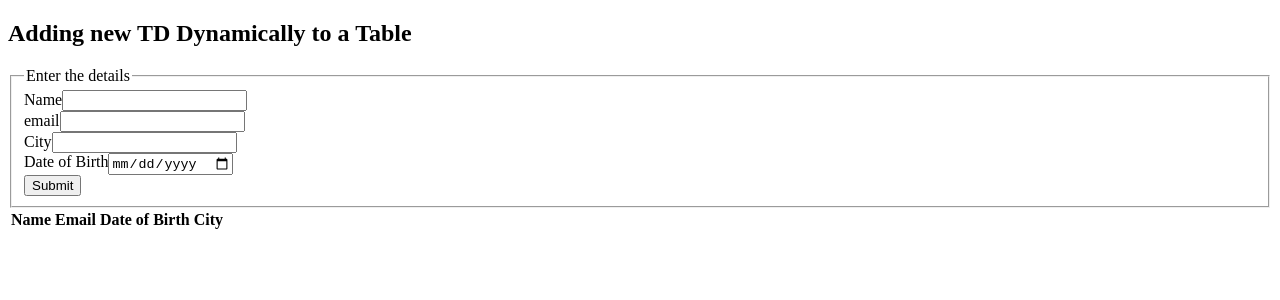
Repository: ishanbassi/iotasol-assignments
Page: /iotasol/work-6
The author's editor kept a copy of each file at every save. The page is drawn from the files as they stood at one save, then again after the next save.
The browser window is 1280 px wide. The pictures show the whole page.
The project was rebuilt for these pictures with package versions that can differ from the ones it lists, and the page was loaded fresh each time. The framework's server and built-in components were replaced by stand-ins that run in the browser. Also part of the build but not shown: styles/global.css.

Above is the page before, as saved 2022-11-08 17:44:51.

### pages/_app.tsx
import "../styles/global.css"
export default function App({Component,ComponentProps}){
    return(
        <Component {...ComponentProps}/>
    )
}

### pages/iotasol/work-6.tsx
import { useState } from "react"
import {Table} from 'react-bootstrap'
interface userData{
    name:string,
    email:string,
    city:string,
    dob:string
}
export default function App() {
    const [userData, setUserData] = useState<userData[]>([])
    const addData = (e) => {
        e.preventDefault()
        const form = new FormData(e.target), userDetail:any = {}
        for(let pair of form.entries()) {
            userDetail[pair[0]] = pair[1]
        }
        setUserData(prev => prev.concat(userDetail))

    }
    return (
        <>
            <h2>Adding new TD Dynamically to a Table</h2>
            <form onSubmit={addData}>
                <fieldset>
                    <legend>Enter the details</legend>
                    <div>
                        <label htmlFor="name">Name</label>
                        <input type="text" name="full name" id="name" />
                    </div>
                    <div>
                        <label htmlFor="email">email</label>
                        <input type="email" name="email" id="email" />
                    </div>
                    <div>

                        <label htmlFor="city">City</label>
                        <input type="text" name="city" id="city" />
                    </div>

                    <div>
                        <label htmlFor="dob">Date of Birth</label>
                        <input type="date" name="dob" id="dob" />

                    </div>


                    <button type="submit">Submit</button>
                </fieldset>
            </form>
            {userData ?
            <Table>
                <thead>
                    <tr>
                        <th>Name</th>
                        <th>Email</th>
                        <th>Date of Birth</th>
                        <th>City</th>
                    </tr>
                </thead>
                <tbody>

                    {userData.map(data => {
                        return (
                            <tr key={`${data.name}_${data.city}`}>
                                <td>{data.name}</td>
                                <td>{data.email}</td>
                                <td>{data.dob}</td>
                                <td>{data.city}</td>
                            </tr>
                        )
                    })}
                </tbody>
            </Table>: null}

        </>
    )
}

After the next save:
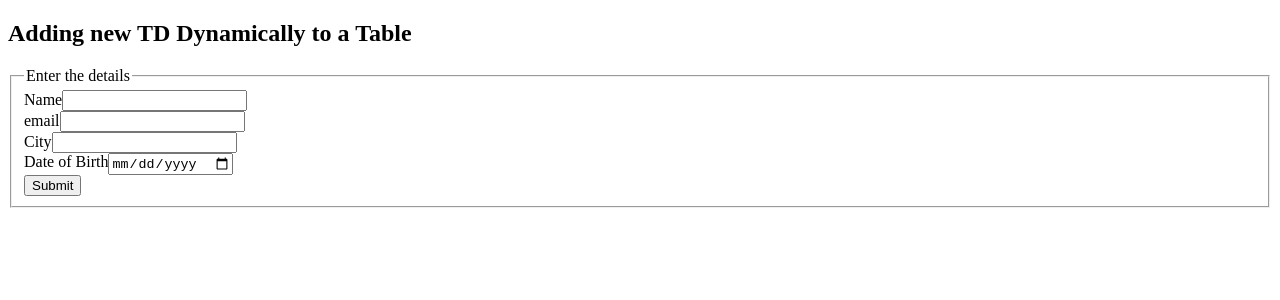
Saved 15 s later.
--- a/pages/iotasol/work-6.tsx
+++ b/pages/iotasol/work-6.tsx
@@ -47,7 +47,7 @@ export default function App() {
                     <button type="submit">Submit</button>
                 </fieldset>
             </form>
-            {userData ?
+            {userData.length > 0 ?
             <Table>
                 <thead>
                     <tr>
